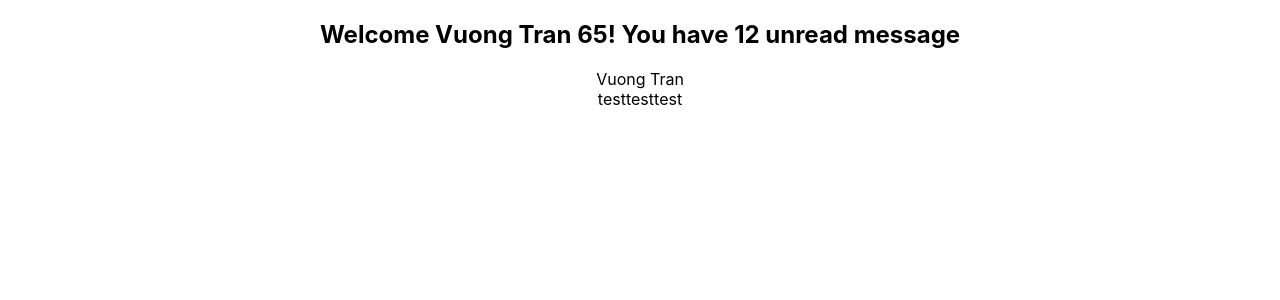
Repository: vuongtm1999/ALTA-exercise-1
Page: /
These files come from the project's save history. The page is drawn as it stood at one moment and after the next save; the edit follows.
The browser window is 1280 px wide. The pictures show the whole page.
The project was rebuilt for these pictures with package versions that can differ from the ones it lists, and the page was loaded fresh each time.

Above is the page before, as saved 2022-10-24 16:51:41.

After the next save:
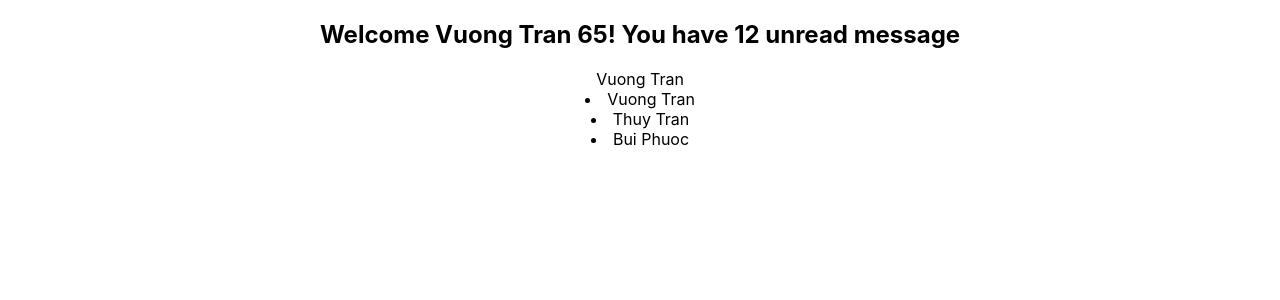
Saved 26 s later.
--- a/src/components/PersonList.tsx
+++ b/src/components/PersonList.tsx
@@ -9,8 +9,7 @@ export const PersonList = (props: PersonListProps) => {
     return (
         <div>
             {props.names.map(name => {
-                console.log(name);
-                return "test"
+                return <li>{name.firstName} {name.lastName}</li>
             })}
         </div>
      );
